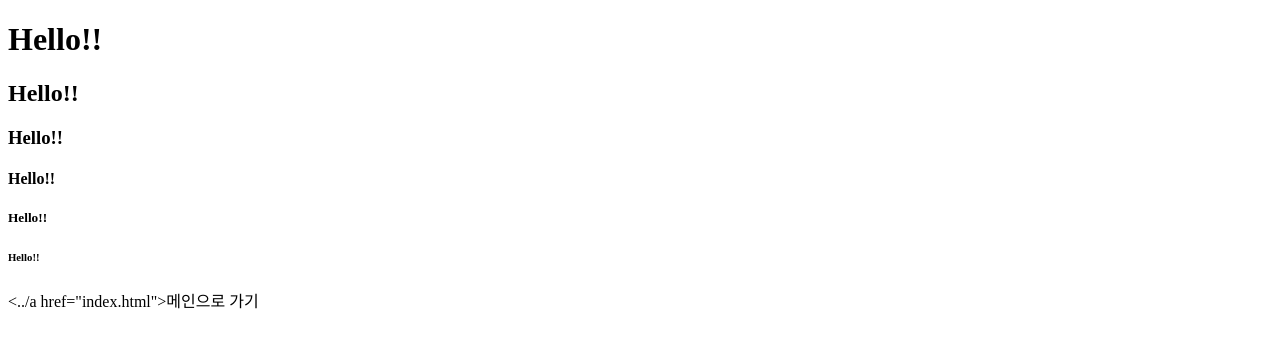
Repository: jeonghyunseok/GMSUI
Page: GMSUI/WebContent/member/mypage.html
These files come from the project's save history. The page is drawn as it stood at one moment and after the next save; the edit follows.
The browser window is 1280 px wide. The pictures show the whole page.

Above is the page before, as saved 2017-07-19 05:33:34.

After the next save:
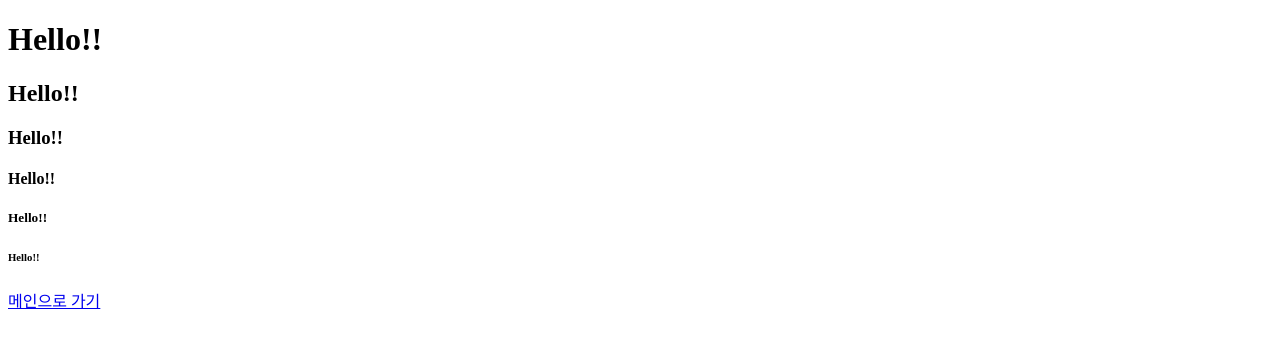
Saved 24 s later.
--- a/GMSUI/WebContent/member/mypage.html
+++ b/GMSUI/WebContent/member/mypage.html
@@ -12,6 +12,6 @@
 	<h4>Hello!!</h4>
 	<h5>Hello!!</h5>
 	<h6>Hello!!</h6>
-	<../a href="index.html">메인으로 가기</a>
+	<a href="../index.html">메인으로 가기</a>
 </body>
 </html>
